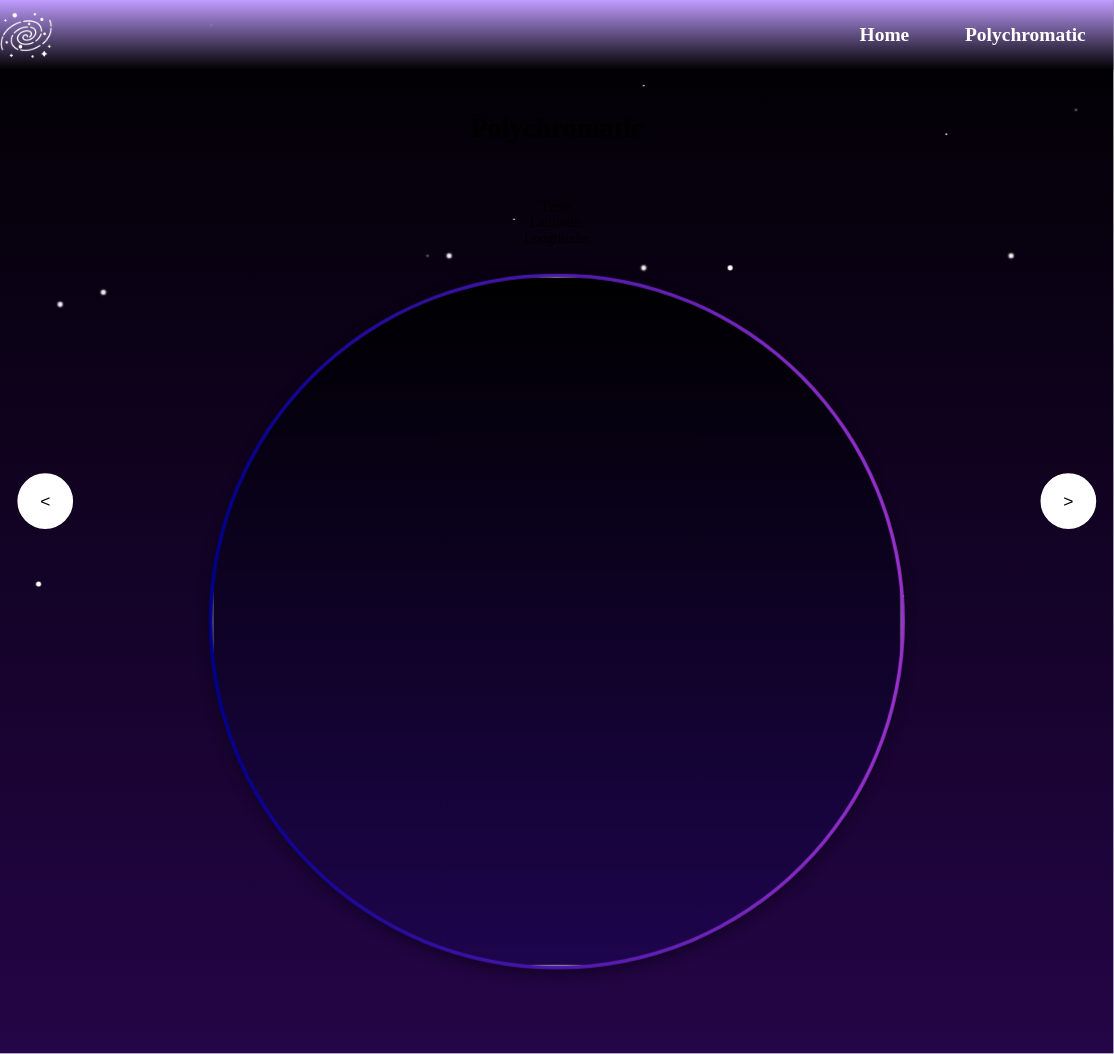
Repository: KayceeNguyen/DAI_W07_NASA
Page: /polychromatic
An editor plug-in stored every save of this project. The page is shown before and after the next save, followed by the edit.
The browser window is 1280 px wide. The pictures show the whole page, at 87% of full size.
The page's requests for data from a server got no answer. The project was rebuilt for these pictures with package versions that can differ from the ones it lists, and the page was loaded fresh each time. The framework's server and built-in components were replaced by stand-ins that run in the browser. No one was signed in, and anything a server would have sent is missing. Also part of the build but not shown: next.config.js.

Above is the page before, as saved 2023-02-17 01:47:22.

After the next save:
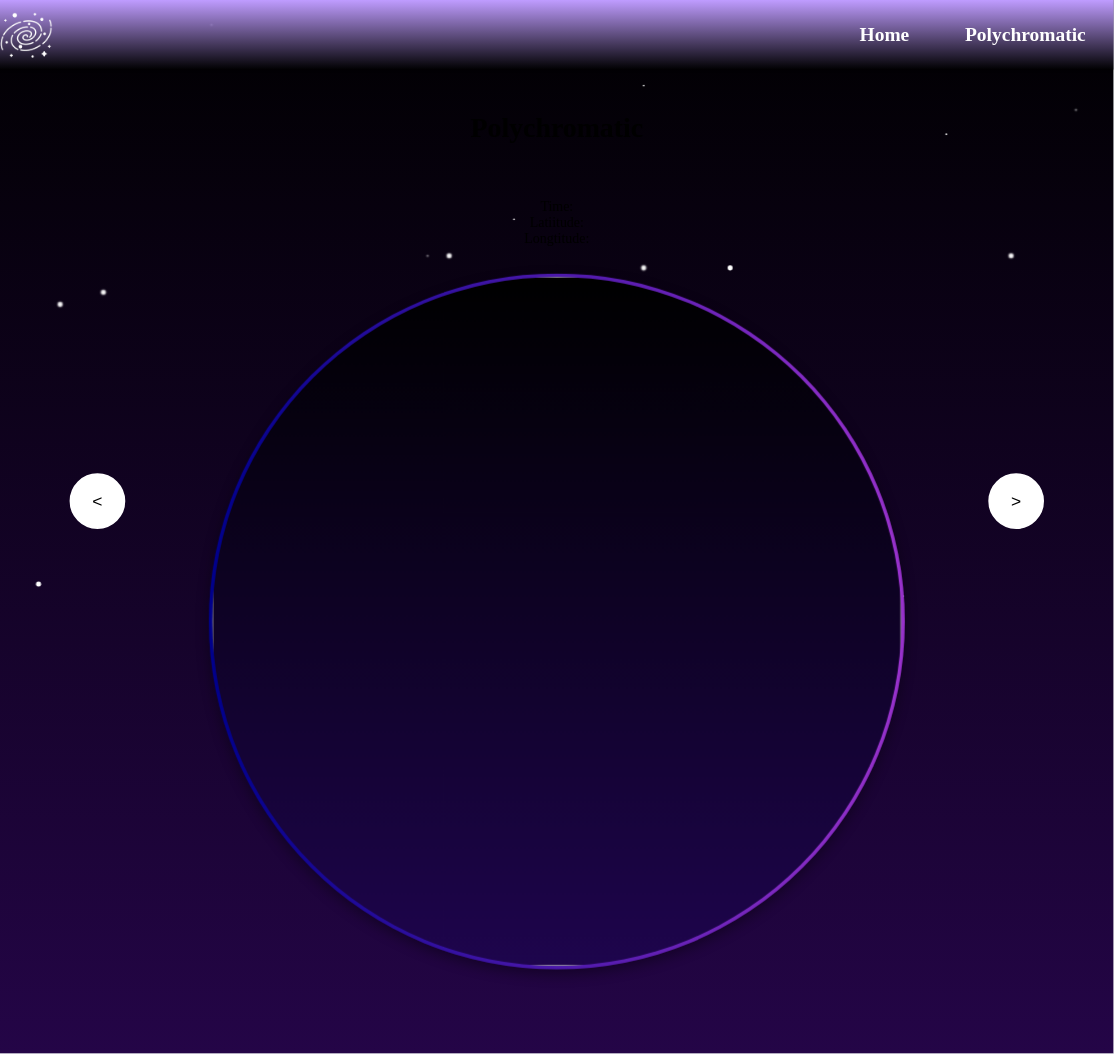
Saved 6 s later.
--- a/styles/Home.module.css
+++ b/styles/Home.module.css
@@ -596,7 +596,7 @@ button.arrow {
   background-color:rgb(255, 255, 255, 1);
   color:#000000;
   border-radius:50%;
-  margin: 1em;
+  margin: 4em;
   border:2px solid #ffffff;
 
   visibility: visible;
